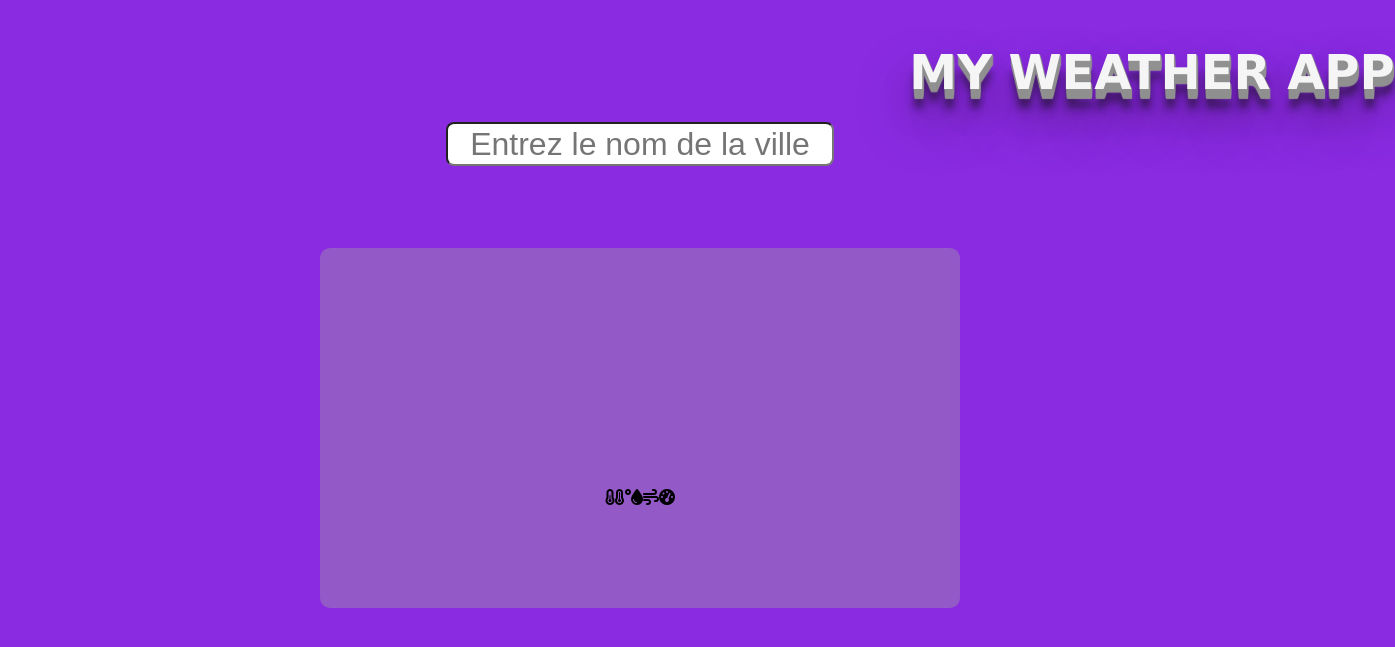
Repository: JeffnyAugustin/MyWeatherApp
Page: index.html
The author's editor kept a copy of each file at every save. The page is drawn from the files as they stood at one save, then again after a run of saves.
The browser window is 1280 px wide. The page is 1395 px wide, then 1280 px, so the pictures cover 1395 px, including what lies to the right of the window. The pictures show the whole page.

Above is the page before, as saved 2023-11-14 22:32:31.

### index.html
<!DOCTYPE html>
<html lang="fr">

<head>
    <meta charset="UTF-8">
    <meta http-equiv="X-UA-Compatible" content="IE=edge">
    <meta name="viewport" content="width=device-width, initial-scale=1.0">
    <link rel="stylesheet" href="https://cdnjs.cloudflare.com/ajax/libs/font-awesome/6.4.0/css/all.min.css"
        integrity="sha512-iecdLmaskl7CVkqkXNQ/ZH/XLlvWZOJyj7Yy7tcenmpD1ypASozpmT/E0iPtmFIB46ZmdtAc9eNBvH0H/ZpiBw=="
        crossorigin="anonymous" referrerpolicy="no-referrer" />

    <link rel="stylesheet" href="/css/style.css">
    <title>My Weather App</title>
</head>

<body>



    <div id="container"></div>

    <script src="/js/script.js"></script>
</body>

</html>

### css/style.css
* {
    padding : 0;
    margin: 0;
}

body {
    display: flex;
    justify-content: center;
    height: 100vh;
    width: 100vw;
    background-color: blueviolet;
    overflow-y: hidden;
}

#container {
    display: flex;
    flex-direction: column;
    align-items: center;
    justify-content: space-around;
    gap: 20px;

}

#searchBox {
    text-align: center;
    width: 60%;
    height: 40px;
    border-radius: 8px;
    margin-top: 10px;
    font-size: 2rem;
}


#allTogether {
    width: 50VW;
    height: 50VH;
    display: flex;
    flex-direction: column;
    justify-content: space-evenly;
    align-items: center;
    background-color: rgb(158 158 158 / 40%);
    border-radius: 10px;
}

div#meteoElement {
    display: flex;
    flex-direction: row;
    justify-content: space-around;
    flex-wrap: wrap;
}

div#cityElement {
    display: flex;
    flex-direction: row;
    gap: 10px;
    justify-content: center;
}

div#cityDescription {
    display: flex;
    flex-direction: column;
    gap: 20PX;
}

#prevision {
    background-color: rgb(134 126 126 / 41%);
    display: flex;
    flex-direction: row;
    justify-content: center;
    align-items: center;
    gap: 10px;
}

.day-forecast {
    display: flex;
    flex-direction: column;
    align-items: center;
    height: 100%;
    width: 230px;
    background-color: #c1a8b6;
}


p {
    font-size: 2rem;
    color: white;
}

p.cityName {
    text-align: center;
}

h1.textTitle {
    position: absolute;
    top: 10%;
    right: 10%;
    transform: translate(50%,-50%);
    text-transform: uppercase;
    font-family: verdana;
    font-size: 3em;
    font-weight: 700;
    color: #f5f5f5;
    text-shadow: 1px 1px 1px #919191,
        1px 2px 1px #919191,
        1px 3px 1px #919191,
        1px 4px 1px #919191,
        1px 5px 1px #919191,
        1px 6px 1px #919191,
        1px 7px 1px #919191,
        1px 8px 1px #919191,
        1px 9px 1px #919191,
        1px 10px 1px #919191,
    1px 18px 6px rgba(16,16,16,0.4),
    1px 22px 10px rgba(16,16,16,0.2),
    1px 25px 35px rgba(16,16,16,0.2),
    1px 30px 60px rgba(16,16,16,0.4);
}

### js/script.js
// Clé D'api
const API_KEY = "b476218e49ef0d0755a713e9ba77f79a";
// Lien vers L'api finissant par une recherche
const API_URL = `https://api.openweathermap.org/data/2.5/forecast?appid=${API_KEY}&units=metric&lang=fr&q=`;


const divContain = document.getElementById("container");
divContain.id = "container";


const titleDiv = document.createElement("div");
titleDiv.className = "title";

// Création H1
const heading = document.createElement('h1');
heading.className = "textTitle"

// Set the text content of the h1 element
heading.textContent = 'My Weather App';




// Création barre de recherche
const inputSearch = document.createElement("input");
inputSearch.id = "searchBox";
inputSearch.type = "text";
inputSearch.placeholder = "Entrez le nom de la ville"; // Ajout du placeholder

// Création de div
const newDiv = document.createElement("div");
newDiv.id = "allTogether";

// Création de div
const forecastDiv = document.createElement("div");
forecastDiv.id = "prevision";




const infoCityDiv = document.createElement("div");
infoCityDiv.id = "cityDescription";


// Création de div oiuyr stocker img + description
const cityImgDiv = document.createElement("div");
cityImgDiv.id = "cityElement";

// Création de div pour afficher les informations météorologiques
const weather = document.createElement("div");
weather.id = "meteoElement";

// Création balise paragraphe pour collecter le nom de la ville
const cityName = document.createElement("p");
cityName.className = "cityName";

// Création de div pour afficher la température
const temperatureDiv = document.createElement("div");
temperatureDiv.className = "temperature-container";

// Création balise paragraphe
const temperature = document.createElement("p");
temperature.className = "temps";

// Création de div pour afficher le temps ressenti
const feelsLikeDiv = document.createElement("div");
feelsLikeDiv.className = "feels-like-container";

// Création balise paragraphe pour la sensation thermique
const feelsLike = document.createElement("p");
feelsLike.className = "feels-like";

// Création de div pour afficher l'humidité
const humidityDiv = document.createElement("div");
humidityDiv.className = "humidity-container";

// Création de balise paragraphe pour l'humidité
const humidity = document.createElement("p");
humidity.className = "humidity";

// Création de div pour afficher le vent
const windDiv = document.createElement("div");
windDiv.className = "wind-container";

// Création de balise wind
const DataWind = document.createElement("p");
DataWind.className = "wind";



// Création de div pour l'humidité
const pressureDiv = document.createElement("div");
pressureDiv.className = "pressure-container";

// Création de balise paragraphe pour la pression atmosphérique
const pressure = document.createElement("p");
pressure.className = "pressure";

// Création de div pour afficher la description
const descriptionDiv = document.createElement("div");
descriptionDiv.className = "description-container";

// Création de balise paragraphe pour la description
const description = document.createElement("p");
description.className = "description";



// Création balise image
const image = document.createElement("img");

// Création balise icône pour la température
const temperatureIcon = document.createElement("i");
temperatureIcon.className = "fas fa-thermometer-half";

// Création balise icône pour la sensation thermique
const feelsLikeIcon = document.createElement("i");
feelsLikeIcon.className = "fas fa-temperature-high";

// Création balise icône pour l'humidité
const humidityIcon = document.createElement("i");
humidityIcon.className = "fas fa-tint";

// Création balise icône pour le vent
const windIcon = document.createElement("i");
windIcon.className = "fas fa-wind";

// Création balise icône pour la pression
const pressureIcon = document.createElement("i");
pressureIcon.className = "fas fa-tachometer-alt";



temperatureDiv.append(temperatureIcon, temperature); // ajout de l'icône

feelsLikeDiv.append(feelsLikeIcon, feelsLike); // ajout de l'icône

humidityDiv.append(humidityIcon, humidity); // ajout de l'icône

windDiv.append(windIcon, DataWind); // ajout de l'icône

pressureDiv.append(pressureIcon, pressure)

descriptionDiv.appendChild( description); // ajout de l'icône




// Function to format the date and time
function formatDateTime() {
    const currentDate = new Date();
    const options = { weekday: 'long', year: 'numeric', month: 'long', day: 'numeric', hour: 'numeric', minute: 'numeric'};
    return currentDate.toLocaleDateString('fr-FR', options);
}

// Create a div to display the date and time
    const dateTimeDiv = document.createElement("div");
    dateTimeDiv.id = "dateTime";
    infoCityDiv.appendChild(dateTimeDiv);

function checkWeather(city) {
    fetch(API_URL + city)
        .then(res => {
            if (!res.ok) {
                throw new Error("La ville n'a pas été trouvée");
            }
            return res.json();
        })
        .then(data => {
            cityName.textContent = data.city.name;
            image.src = `http://openweathermap.org/img/w/${data.list[0].weather[0].icon}.png`;

            description.textContent = data.list[0].weather[0].description;
            temperature.innerHTML = ` Température :  ${Math.round(data.list[0].main.temp)}°C `;
            feelsLike.textContent = "Temps Ressenti : " + Math.round(data.list[0].main.feels_like) + "°C";
            humidity.textContent = "humidityIcon : " + data.list[0].main.humidity + "%";
            DataWind.textContent = "Vitesse du vent : " + Math.floor(data.list[0].wind.speed) + " Km/h";
            pressure.textContent = "Pression : " + data.list[0].main.pressure + " hPa";


             // Afficher les prévisions pour les 5 prochains jours
             for (let i = 0; i < data.list.length; i += 8) {
                const dayForecast = document.createElement("div");
                dayForecast.className = "day-forecast";

                const date = new Date(data.list[i].dt * 1000);
                const dayName = new Intl.DateTimeFormat('fr-FR', { weekday: 'long' }).format(date);

                const dayNameElement = document.createElement("p");
                dayNameElement.textContent = dayName;

                const iconElement = document.createElement("img");
                iconElement.src = `http://openweathermap.org/img/w/${data.list[i].weather[0].icon}.png`;

                const descriptionElement = document.createElement("p");
                descriptionElement.textContent = data.list[i].weather[0].description;

                const temperatureElement = document.createElement("p");
                temperatureElement.textContent = ` ${Math.round(data.list[i].main.temp)}°C`;

                dayForecast.append(dayNameElement, iconElement, descriptionElement, temperatureElement);
                forecastDiv.appendChild(dayForecast);
             }

               // Display the date and time
               dateTimeDiv.textContent = "Date du jour : " + formatDateTime();

        })
        .catch(error => {
            console.error("Erreur de requête :", error.message);
            // Ajoutez ici un traitement pour informer l'utilisateur de l'erreur
        });
}

inputSearch.addEventListener("change", () => {
    checkWeather(inputSearch.value);
});


weather.append(temperatureDiv, feelsLikeDiv, humidityDiv, windDiv, pressureDiv); // ajout des éléments Weather
newDiv.append(infoCityDiv, weather); // ajout du conteneur Weather à newDiv
infoCityDiv.append(cityName, cityImgDiv)
cityImgDiv.append(image, descriptionDiv)
titleDiv.appendChild(heading)
divContain.append(titleDiv, inputSearch, newDiv, forecastDiv); // ajout de tous les éléments à divContain
document.body.appendChild(divContain);



// Mise à jour des informations météorologiques toutes les 5 minutes
setInterval(function () {
    // Ici, mettre à jour les informations de la météo à l'aide de l'API ou d'autres sources
    // Vous pouvez appeler la fonction checkWeather avec la dernière ville recherchée
    checkWeather(inputSearch.value);
}, 5 * 60 * 1000);

After the next 2 saves:
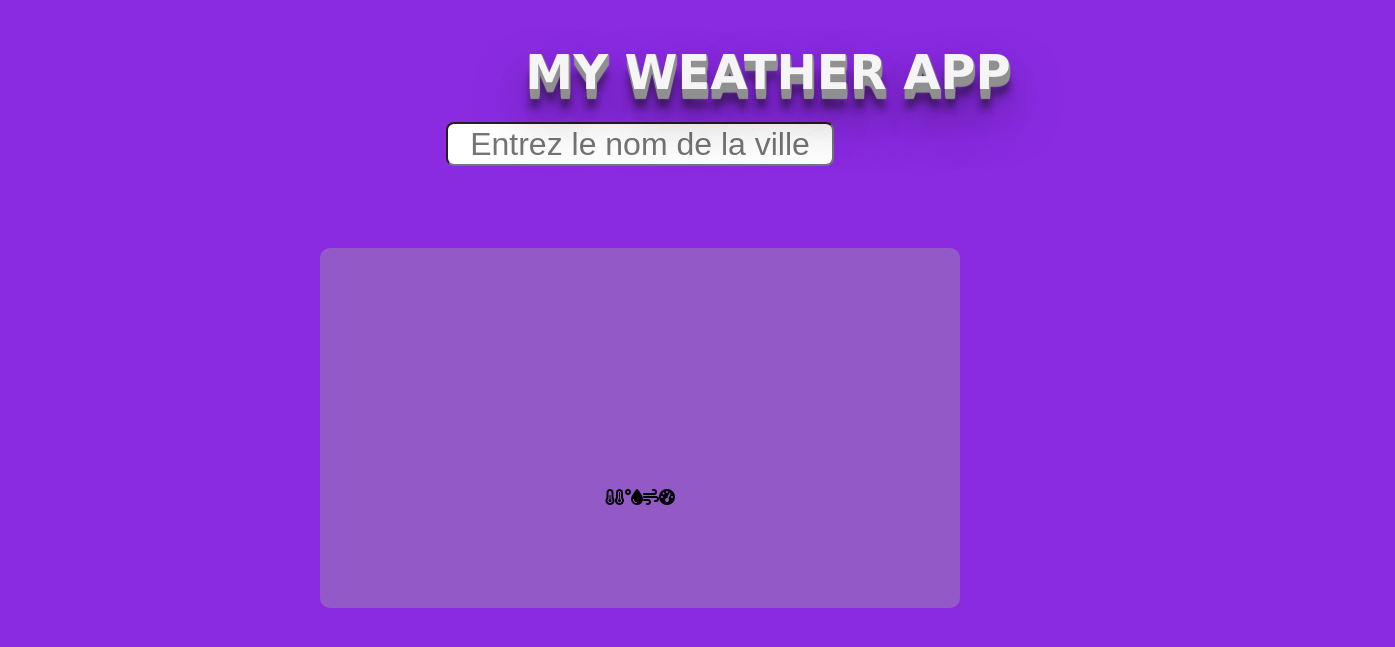
The 2 saves are shown as one change because they came seconds apart.
The last was saved 55 s later.
--- a/css/style.css
+++ b/css/style.css
@@ -93,7 +93,7 @@ p.cityName {
 h1.textTitle {
     position: absolute;
     top: 10%;
-    right: 10%;
+    right: 40%;
     transform: translate(50%,-50%);
     text-transform: uppercase;
     font-family: verdana;
